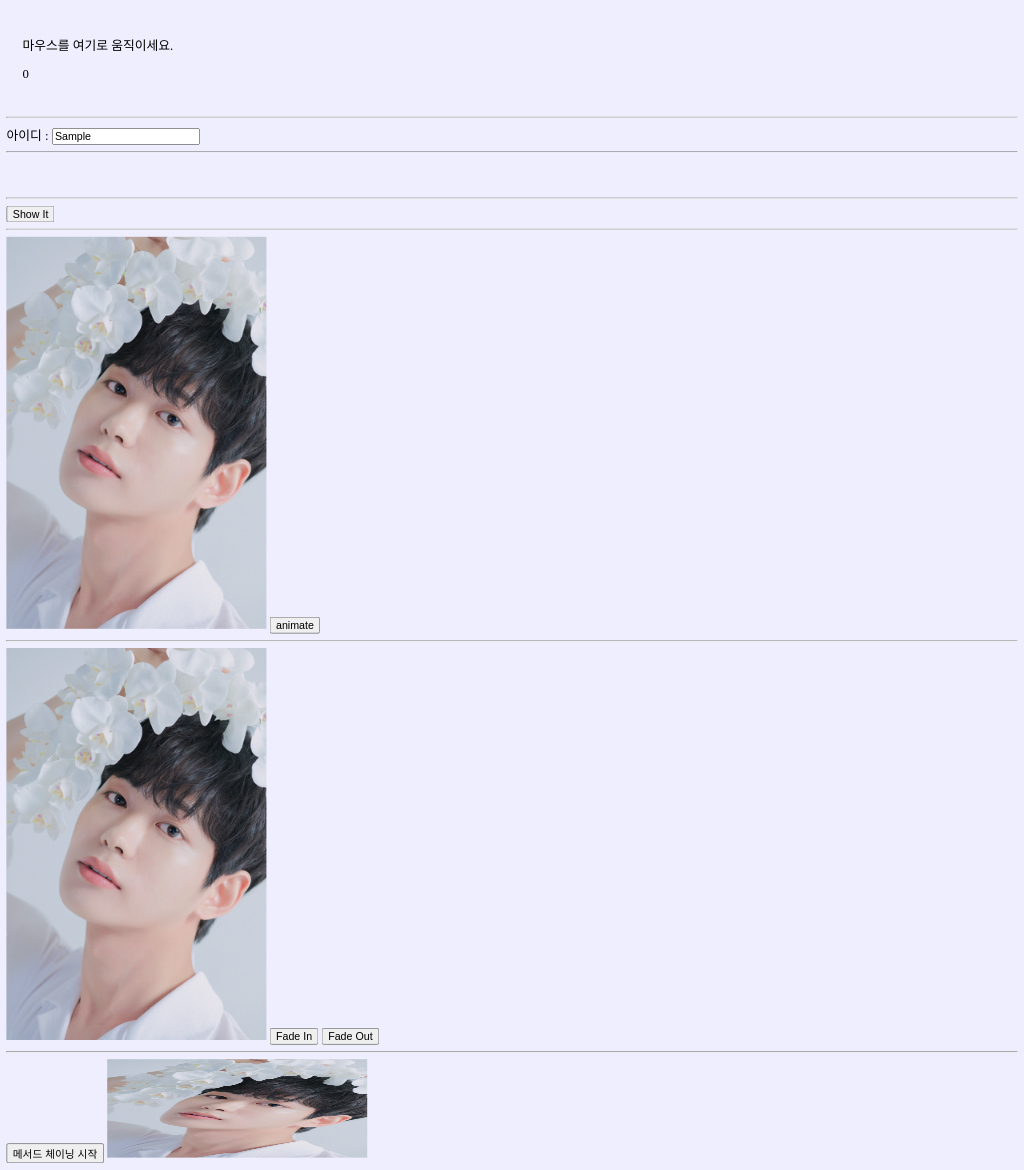
Repository: gpqls12321/public
Page: javascript_jquery/WebContent/jQuery_ex02.html
The author's editor kept a copy of each file at every save. The page is drawn from the files as they stood at one save, then again after the next save.
The browser window is 1280 px wide. The pictures show the whole page, at 80% of full size.
Empty fields were first filled with sample values (such as "Sample", 5 or name@example.com).
After loading, the first visible `#chain` was clicked once.

Above is the page before, as saved 2021-04-15 04:23:15.

After the next save:
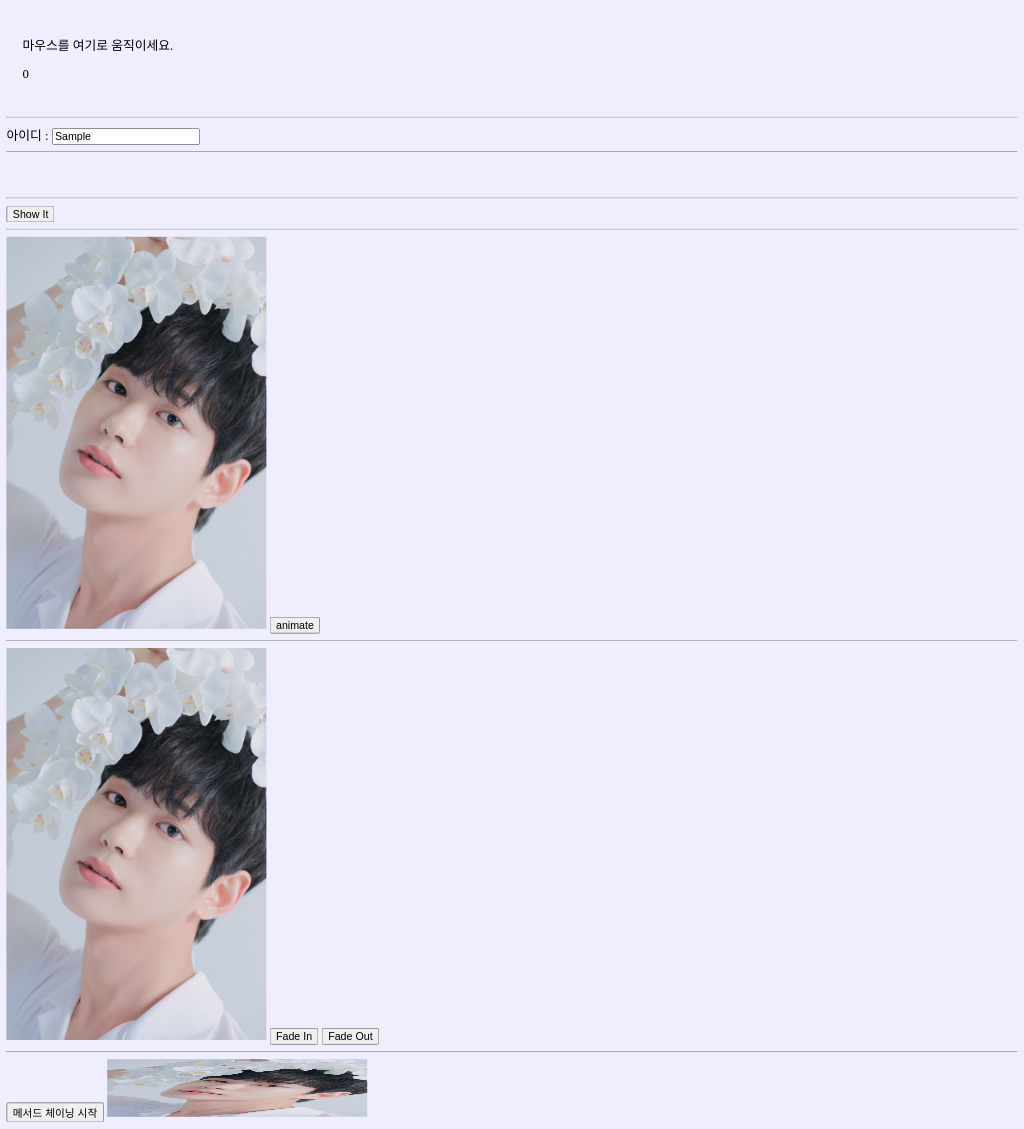
Saved 11 s later.
--- a/javascript_jquery/WebContent/jQuery_ex02.html
+++ b/javascript_jquery/WebContent/jQuery_ex02.html
@@ -55,7 +55,7 @@
 
 		//메서드 체이닝
 		$("#chain").click(function() {
-			$("#chain_lee").show().fadeOut(1000).slideDown(1500);
+			$("#chain_lee").show().fadeOut(1000).slideDown(2000);
 		});
 	});
 </script>
